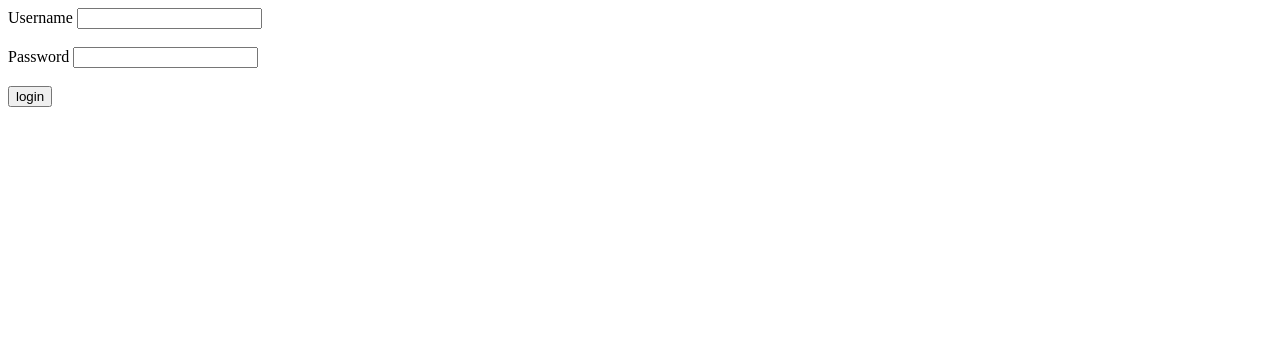
Repository: TraceMears/PerScholas
Page: http://localhost/SalahCookieExercise/Register.jsp
These files come from the project's save history. The page is drawn as it stood at one moment and after the next save; the edit follows.
The browser window is 1280 px wide. The pictures show the whole page.
The page is served by Tomcat 9.

Above is the page before, as saved 2019-10-30 06:43:53.

After the next save:
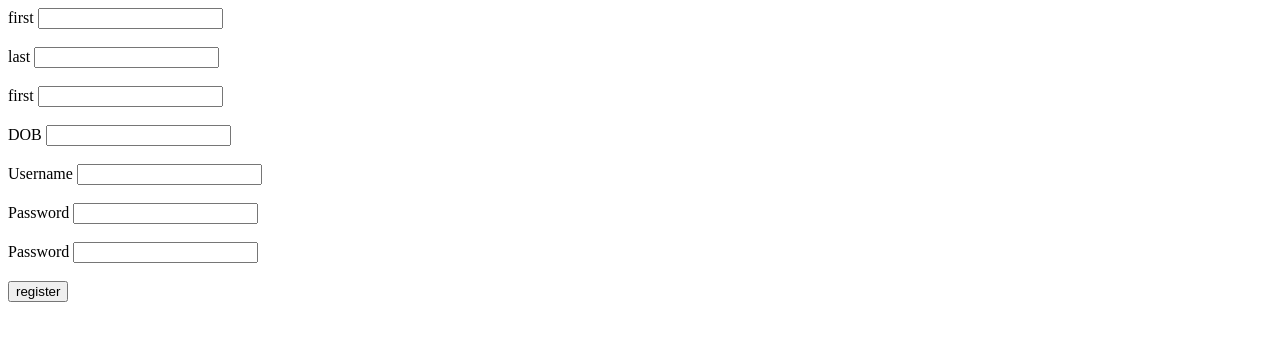
Saved 6 min 57 s later.
--- a/SalahCookieExercise/WebContent/Register.jsp
+++ b/SalahCookieExercise/WebContent/Register.jsp
@@ -8,6 +8,22 @@
 </head>
 <body>
 	<form method="post" action="RegisterRedirect">
+        <label for="first name">first</label>
+        <input type="text" name="first" />
+        <br/> <br/>
+
+        <label for="last name">last</label>
+        <input type="text" name="last" />
+        <br/> <br/>
+
+        <label for="first name">first</label>
+        <input type="text" name="first" />
+        <br/> <br/>
+
+        <label for="date of birth">DOB</label>
+        <input type="text" name="dob" />
+        <br/> <br/>
+
         <label for="username">Username</label>
         <input type="text" name="username" />
         <br/> <br/>
@@ -16,7 +32,13 @@
         <input type="text" name="password" />
         <br/> <br/>
 
-        <input type="submit" name="submit" value="login">
+        <label for="confirm password">Password</label>
+        <input type="text" name="password2" />
+        <br/> <br/>
+
+
+
+        <input type="submit" name="submit" value="register">
     </form>
 </body>
 </html>
